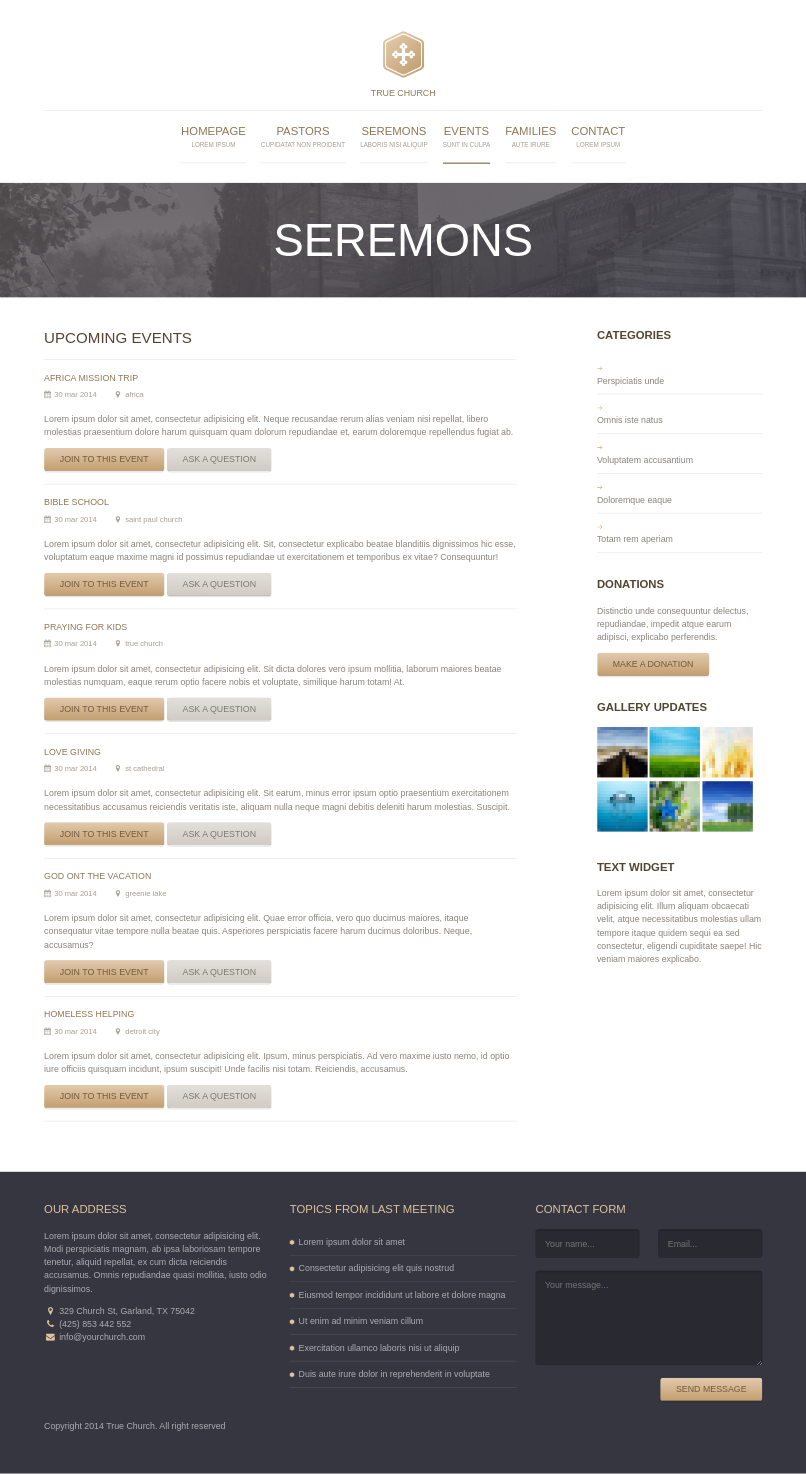
Repository: profbkmurage/churchWebsite
Page: events.html
An editor plug-in stored every save of this project. The page is shown before and after the next save, followed by the edit.
The browser window is 1280 px wide. The pictures show the whole page, at 63% of full size.

Above is the page before, as saved 2024-07-10 17:59:18.

### events.html
<!DOCTYPE html>
<html lang="en">
	<head>
		<meta charset="UTF-8">
		<meta http-equiv="X-UA-Compatible" content="IE=edge">
		<meta name="viewport" content="width=device-width, initial-scale=1.0,maximum-scale=1">

		<title>True Church</title>

		<!-- Loading third party fonts -->
		<link href="fonts/novecento-font/novecento-font.css" rel="stylesheet" type="text/css">
		<link href="fonts/font-awesome.min.css" rel="stylesheet" type="text/css">

		<!-- Loading main css file -->
		<link rel="stylesheet" href="style.css">

		<!--[if lt IE 9]>
		<script src="js/ie-support/html5.js"></script>
		<script src="js/ie-support/respond.js"></script>
		<![endif]-->

	</head>


	<body>
		<div class="site-content">
			<header class="site-header">
				<div class="container">
					<a href="#" class="branding">
						<img src="images/logo.png" alt="" class="logo">
						<h1 class="site-title">True Church</h1>
					</a>

					<div class="main-navigation">
						<button class="menu-toggle"><i class="fa fa-bars"></i> Menu</button>
						<ul class="menu">
							<li class="menu-item"><a href="index.html">Homepage <small>Lorem ipsum</small></a></li>
							<li class="menu-item"><a href="#">Pastors <small>Cupidatat non proident</small></a></li>
							<li class="menu-item"><a href="seremons.html">Seremons <small>Laboris nisi aliquip</small></a></li>
							<li class="menu-item current-menu-item"><a href="events.html">Events <small>Sunt in culpa</small></a></li>
							<li class="menu-item"><a href="families.html">Families <small>Aute irure</small></a></li>
							<li class="menu-item"><a href="#">Contact <small>lorem ipsum</small></a></li>
						</ul>
					</div>

					<div class="mobile-navigation"></div>
				</div>
			</header> <!-- .site-header -->

			<div class="page-head" data-bg-image="images/page-head-1.jpg">
				<div class="container">
					<h2 class="page-title">Seremons</h2>
				</div>
			</div>

			<main class="main-content">
				<div class="fullwidth-block">
					<div class="container">
						<div class="row">
							<div class="content col-md-8">
								<h2 class="section-title">Upcoming Events</h2>
								<ul class="event-list large">
									<li>
										<h3 class="event-title"><a href="#">africa mission trip</a></h3>
										<span class="event-meta">
											<span><i class="fa fa-calendar"></i>30 mar 2014</span>
											<span><i class="fa fa-map-marker"></i> Africa</span>
										</span>
										<p>Lorem ipsum dolor sit amet, consectetur adipisicing elit. Neque recusandae rerum alias veniam nisi repellat, libero molestias praesentium dolore harum quisquam quam dolorum repudiandae et, earum doloremque repellendus fugiat ab.</p>
										<a href="#" class="button">Join to this event</a>
										<a href="#" class="button secondary">Ask a question</a>
									</li>
									<li>
										<h3 class="event-title"><a href="#">Bible school</a></h3>
										<span class="event-meta">
											<span><i class="fa fa-calendar"></i>30 mar 2014</span>
											<span><i class="fa fa-map-marker"></i> Saint paul church</span>
										</span>
										<p>Lorem ipsum dolor sit amet, consectetur adipisicing elit. Sit, consectetur explicabo beatae blanditiis dignissimos hic esse, voluptatum eaque maxime magni id possimus repudiandae ut exercitationem et temporibus ex vitae? Consequuntur!</p>
										<a href="#" class="button">Join to this event</a>
										<a href="#" class="button secondary">Ask a question</a>
									</li>
									<li>
										<h3 class="event-title"><a href="#">praying for kids</a></h3>
										<span class="event-meta">
											<span><i class="fa fa-calendar"></i>30 mar 2014</span>
											<span><i class="fa fa-map-marker"></i> true church</span>
										</span>
										<p>Lorem ipsum dolor sit amet, consectetur adipisicing elit. Sit dicta dolores vero ipsum mollitia, laborum maiores beatae molestias numquam, eaque rerum optio facere nobis et voluptate, similique harum totam! At.</p>
										<a href="#" class="button">Join to this event</a>
										<a href="#" class="button secondary">Ask a question</a>
									</li>
									<li>
										<h3 class="event-title"><a href="#">love giving</a></h3>
										<span class="event-meta">
											<span><i class="fa fa-calendar"></i>30 mar 2014</span>
											<span><i class="fa fa-map-marker"></i> St cathedral</span>
										</span>
										<p>Lorem ipsum dolor sit amet, consectetur adipisicing elit. Sit earum, minus error ipsum optio praesentium exercitationem necessitatibus accusamus reiciendis veritatis iste, aliquam nulla neque magni debitis deleniti harum molestias. Suscipit.</p>
										<a href="#" class="button">Join to this event</a>
										<a href="#" class="button secondary">Ask a question</a>
									</li>
									<li>
										<h3 class="event-title"><a href="#">god ont the vacation</a></h3>
										<span class="event-meta">
											<span><i class="fa fa-calendar"></i>30 mar 2014</span>
											<span><i class="fa fa-map-marker"></i> greenie lake</span>
										</span>
										<p>Lorem ipsum dolor sit amet, consectetur adipisicing elit. Quae error officia, vero quo ducimus maiores, itaque consequatur vitae tempore nulla beatae quis. Asperiores perspiciatis facere harum ducimus doloribus. Neque, accusamus?</p>
										<a href="#" class="button">Join to this event</a>
										<a href="#" class="button secondary">Ask a question</a>
									</li>
									<li>
										<h3 class="event-title"><a href="#">homeless helping</a></h3>
										<span class="event-meta">
											<span><i class="fa fa-calendar"></i>30 mar 2014</span>
											<span><i class="fa fa-map-marker"></i> Detroit city</span>
										</span>
										<p>Lorem ipsum dolor sit amet, consectetur adipisicing elit. Ipsum, minus perspiciatis. Ad vero maxime iusto nemo, id optio iure officiis quisquam incidunt, ipsum suscipit! Unde facilis nisi totam. Reiciendis, accusamus.</p>
										<a href="#" class="button">Join to this event</a>
										<a href="#" class="button secondary">Ask a question</a>
									</li>
								</ul>
							</div>
							<div class="sidebar col-md-3 col-md-offset-1">
								<div class="widget">
									<h3 class="widget-title">Categories</h3>
									<ul class="arrow">
										<li><a href="#">Perspiciatis unde</a></li>
										<li><a href="#">Omnis iste natus</a></li>
										<li><a href="#">Voluptatem accusantium</a></li>
										<li><a href="#">Doloremque eaque</a></li>
										<li><a href="#">Totam rem aperiam</a></li>
									</ul>
								</div>

								<div class="widget">
									<h3 class="widget-title">Donations</h3>
									<p>Distinctio unde consequuntur delectus, repudiandae, impedit atque earum adipisci, explicabo perferendis.</p>
									<a href="#" class="button">Make a donation</a>
								</div>

								<div class="widget">
									<h3 class="widget-title">Gallery updates</h3>

									<div class="galery-thumb">
										<a href="#"><img src="images/gallery-thumb-1.jpg" alt=""></a>
										<a href="#"><img src="images/gallery-thumb-2.jpg" alt=""></a>
										<a href="#"><img src="images/gallery-thumb-3.jpg" alt=""></a>
										<a href="#"><img src="images/gallery-thumb-4.jpg" alt=""></a>
										<a href="#"><img src="images/gallery-thumb-5.jpg" alt=""></a>
										<a href="#"><img src="images/gallery-thumb-6.jpg" alt=""></a>
									</div>
								</div>

								<div class="widget">
									<h3 class="widget-title">Text widget </h3>
									<p>Lorem ipsum dolor sit amet, consectetur adipisicing elit. Illum aliquam obcaecati velit, atque necessitatibus molestias ullam tempore itaque quidem sequi ea sed consectetur, eligendi cupiditate saepe! Hic veniam maiores explicabo.</p>
								</div>
							</div>
						</div>
					</div>
				</div>
			</main> <!-- .main-content -->

			<footer class="site-footer">
				<div class="container">
					<div class="row">
						<div class="col-md-4">
							<div class="widget">
								<h3 class="widget-title">Our address</h3>
								<p>Lorem ipsum dolor sit amet, consectetur adipisicing elit. Modi perspiciatis magnam, ab ipsa laboriosam tempore tenetur, aliquid repellat, ex cum dicta reiciendis accusamus. Omnis repudiandae quasi mollitia, iusto odio dignissimos.</p>
								<ul class="address">
									<li><i class="fa fa-map-marker"></i> 329 Church St, Garland, TX 75042</li>
									<li><i class="fa fa-phone"></i> (425) 853 442 552</li>
									<li><i class="fa fa-envelope"></i> info@yourchurch.com</li>
								</ul>
							</div>
						</div>
						<div class="col-md-4">
							<div class="widget">
								<h3 class="widget-title">Topics from last meeting</h3>
								<ul class="bullet">
									<li><a href="#">Lorem ipsum dolor sit amet</a></li>
									<li><a href="#">Consectetur adipisicing elit quis nostrud</a></li>
									<li><a href="#">Eiusmod tempor incididunt ut labore et dolore magna</a></li>
									<li><a href="#">Ut enim ad minim veniam cillum</a></li>
									<li><a href="#">Exercitation ullamco laboris nisi ut aliquip</a></li>
									<li><a href="#">Duis aute irure dolor in reprehenderit in voluptate</a></li>
								</ul>
							</div>
						</div>
						<div class="col-md-4">
							<div class="widget">
								<h3 class="widget-title">Contact form</h3>
								<form action="#" class="contact-form">
									<div class="row">
										<div class="col-md-6"><input type="text" placeholder="Your name..."></div>
										<div class="col-md-6"><input type="text" placeholder="Email..."></div>
									</div>

									<textarea name="" placeholder="Your message..."></textarea>
									<div class="text-right"><input type="submit" value="Send message"></div>

								</form>
							</div>
						</div>
					</div> <!-- .row -->

					<p class="colophon">Copyright 2014 True Church. All right reserved</p>
				</div><!-- .container -->
			</footer> <!-- .site-footer -->

		</div>


		<script src="js/jquery-1.11.1.min.js"></script>
		<script src="js/plugins.js"></script>
		<script src="js/app.js"></script>

	</body>

</html>

Loaded but not shown: fonts/novecento-font/novecento-font.css (common file); fonts/font-awesome.min.css (library); js/jquery-1.11.1.min.js (library); js/plugins.js (library); js/app.js (23 lines, source omitted); style.css (1512 lines, source omitted)

After the next save:
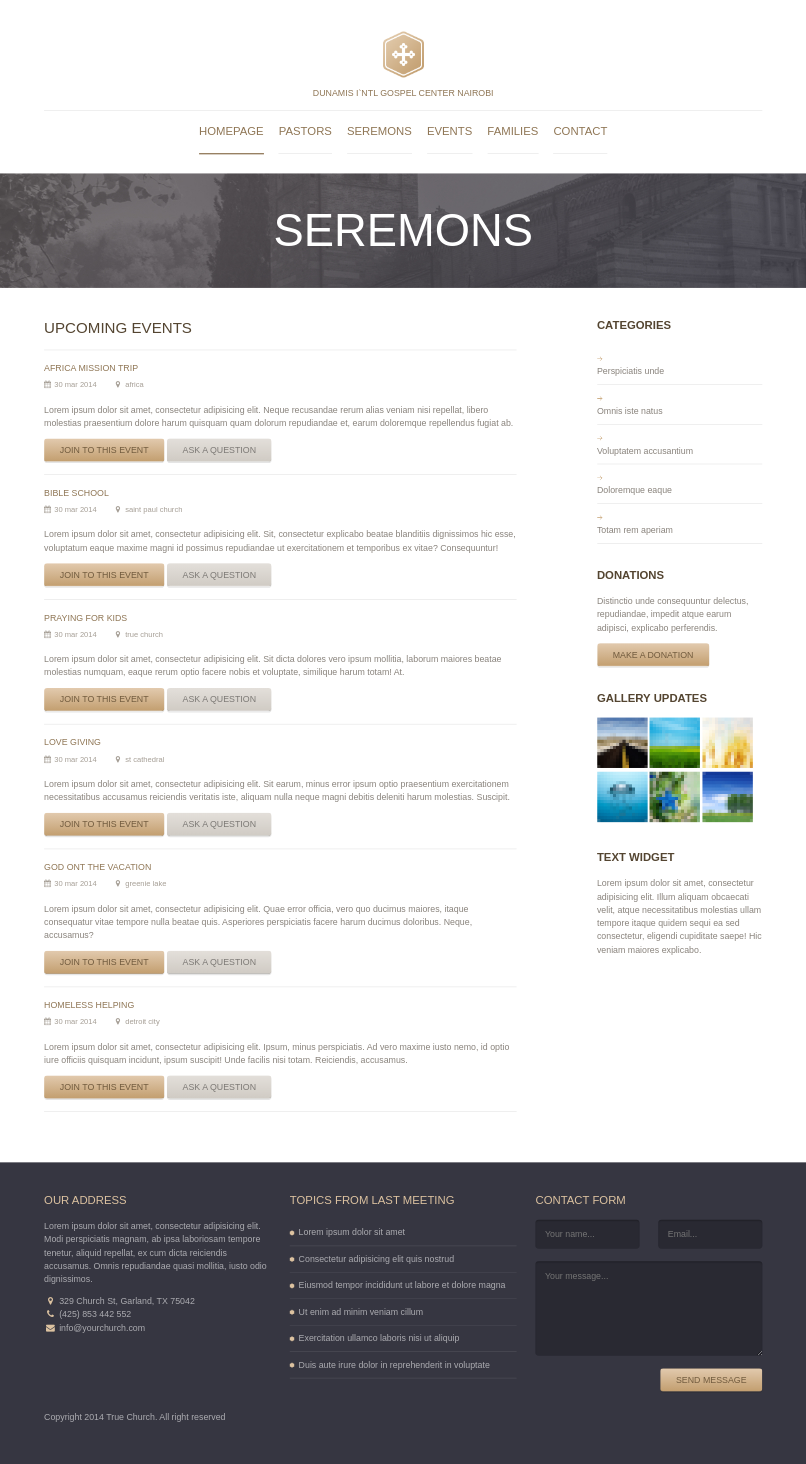
Saved 26 s later.
--- a/events.html
+++ b/events.html
@@ -28,21 +28,20 @@
 				<div class="container">
 					<a href="#" class="branding">
 						<img src="images/logo.png" alt="" class="logo">
-						<h1 class="site-title">True Church</h1>
+						<h1 class="site-title">Dunamis I`ntl Gospel Center Nairobi</h1>
 					</a>
 
 					<div class="main-navigation">
 						<button class="menu-toggle"><i class="fa fa-bars"></i> Menu</button>
 						<ul class="menu">
-							<li class="menu-item"><a href="index.html">Homepage <small>Lorem ipsum</small></a></li>
-							<li class="menu-item"><a href="#">Pastors <small>Cupidatat non proident</small></a></li>
-							<li class="menu-item"><a href="seremons.html">Seremons <small>Laboris nisi aliquip</small></a></li>
-							<li class="menu-item current-menu-item"><a href="events.html">Events <small>Sunt in culpa</small></a></li>
-							<li class="menu-item"><a href="families.html">Families <small>Aute irure</small></a></li>
-							<li class="menu-item"><a href="#">Contact <small>lorem ipsum</small></a></li>
+							<li class="menu-item current-menu-item"><a href="index.html">Homepage</a></li>
+							<li class="menu-item"><a href="#">Pastors </a></li>
+							<li class="menu-item"><a href="seremons.html">Seremons </a></li>
+							<li class="menu-item"><a href="events.html">Events </a></li>
+							<li class="menu-item"><a href="families.html">Families </a></li>
+							<li class="menu-item"><a href="#">Contact</a></li>
 						</ul>
 					</div>
-
 					<div class="mobile-navigation"></div>
 				</div>
 			</header> <!-- .site-header -->
